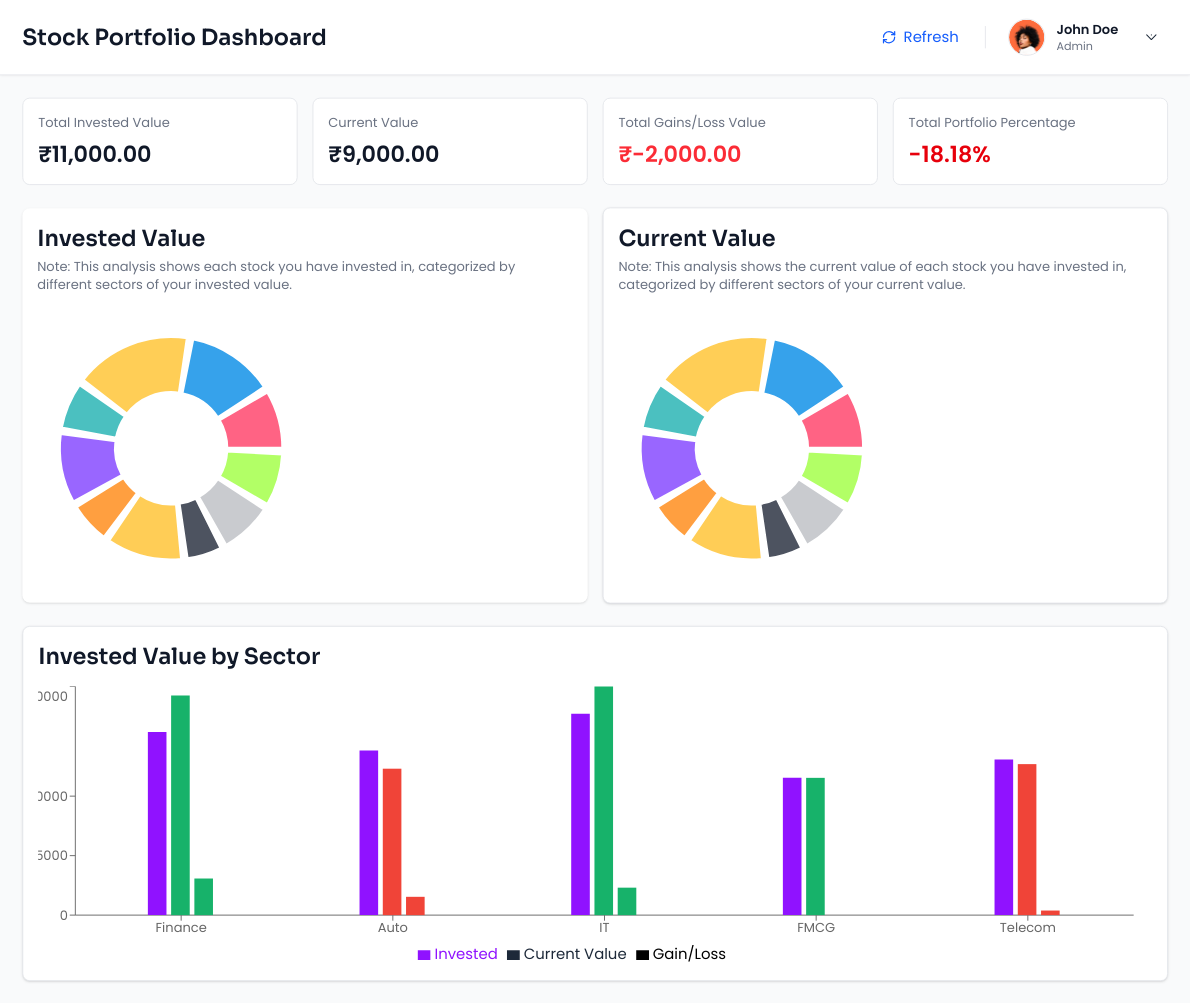
Repository: jabir12-12/inten-project
Page: /
The author's editor kept a copy of each file at every save. The page is drawn from the files as they stood at one save, then again after the next save.
The browser window is 1280 px wide. The pictures show the whole page, at 93% of full size.
The project was rebuilt for these pictures with package versions that can differ from the ones it lists, and the page was loaded fresh each time. The framework's server and built-in components were replaced by stand-ins that run in the browser. Also part of the build but not shown: next.config.ts.

Above is the page before, as saved 2025-05-17 15:50:13.

After the next save:
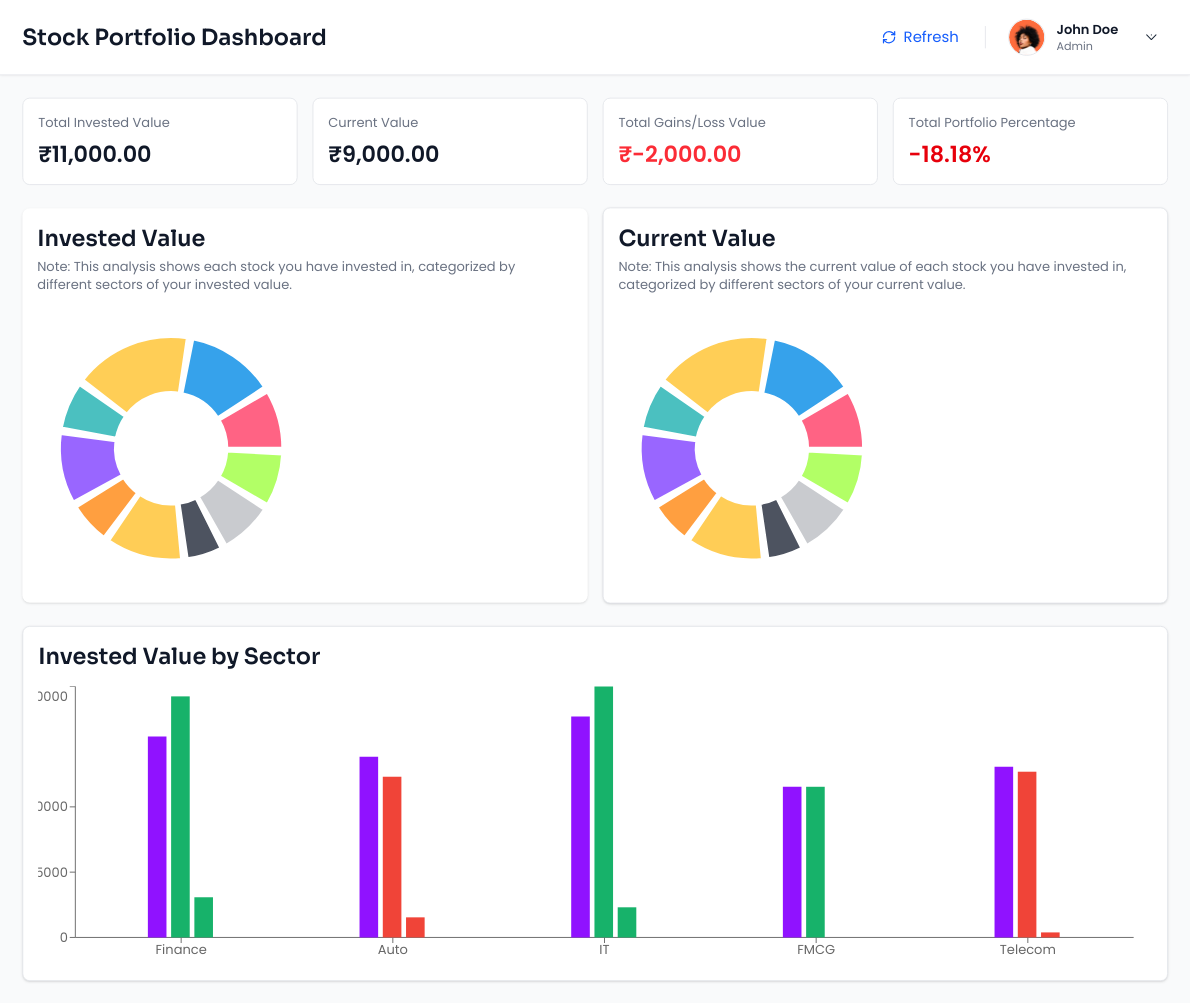
Saved 100 s later.
--- a/src/pages/index.tsx
+++ b/src/pages/index.tsx
@@ -288,7 +288,6 @@
               <Tooltip
                 formatter={(value: number) => `₹${value.toLocaleString("en-IN")}`}
               />
-              <Legend />
 
               {/* Invested: Always Gray */}
               <Bar dataKey="invested" name="Invested" fill="#9012FF" barSize={20} />

After the save that followed:
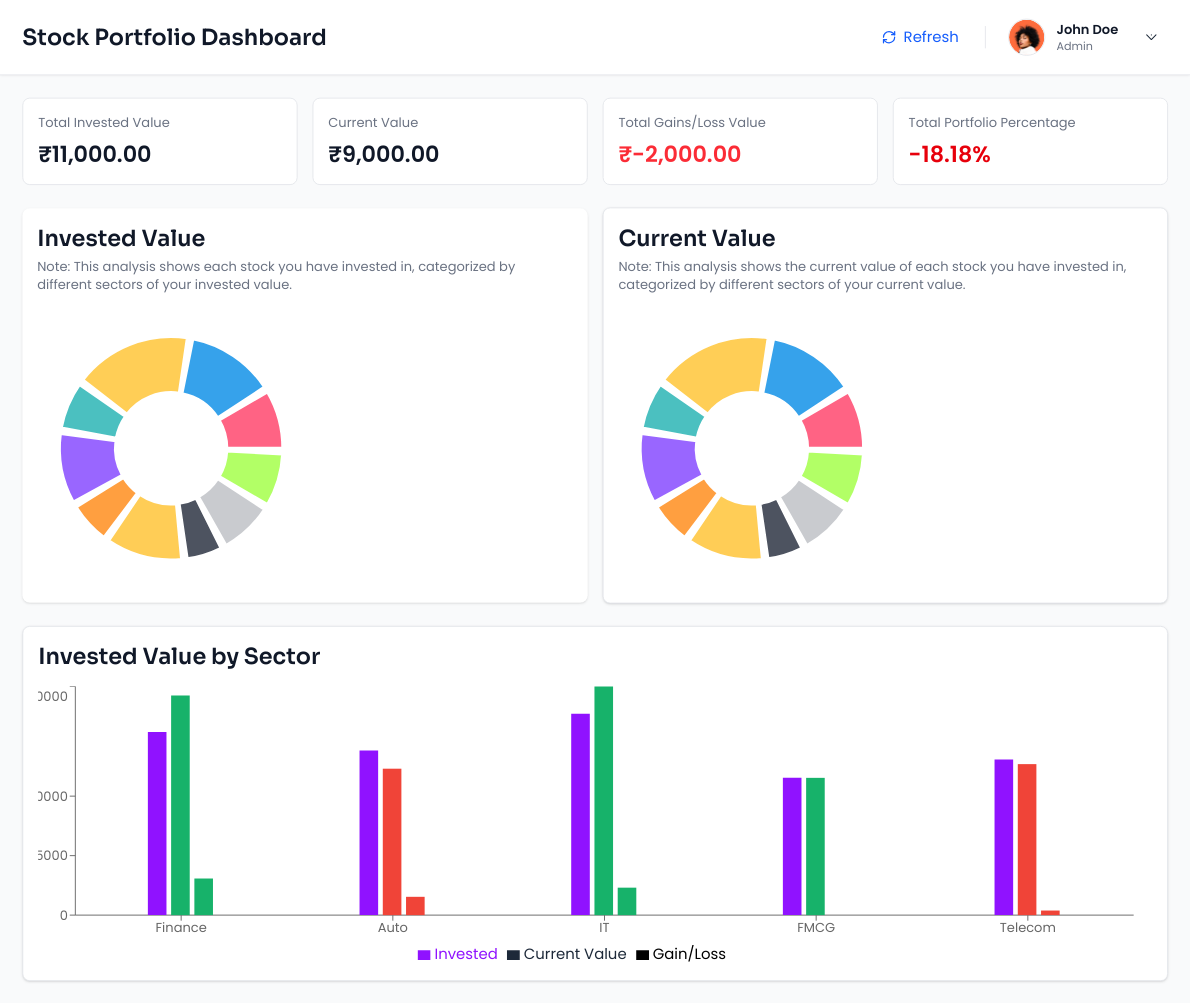
Saved 7 s later.
--- a/src/pages/index.tsx
+++ b/src/pages/index.tsx
@@ -288,6 +288,7 @@
               <Tooltip
                 formatter={(value: number) => `₹${value.toLocaleString("en-IN")}`}
               />
+              <Legend />
 
               {/* Invested: Always Gray */}
               <Bar dataKey="invested" name="Invested" fill="#9012FF" barSize={20} />
